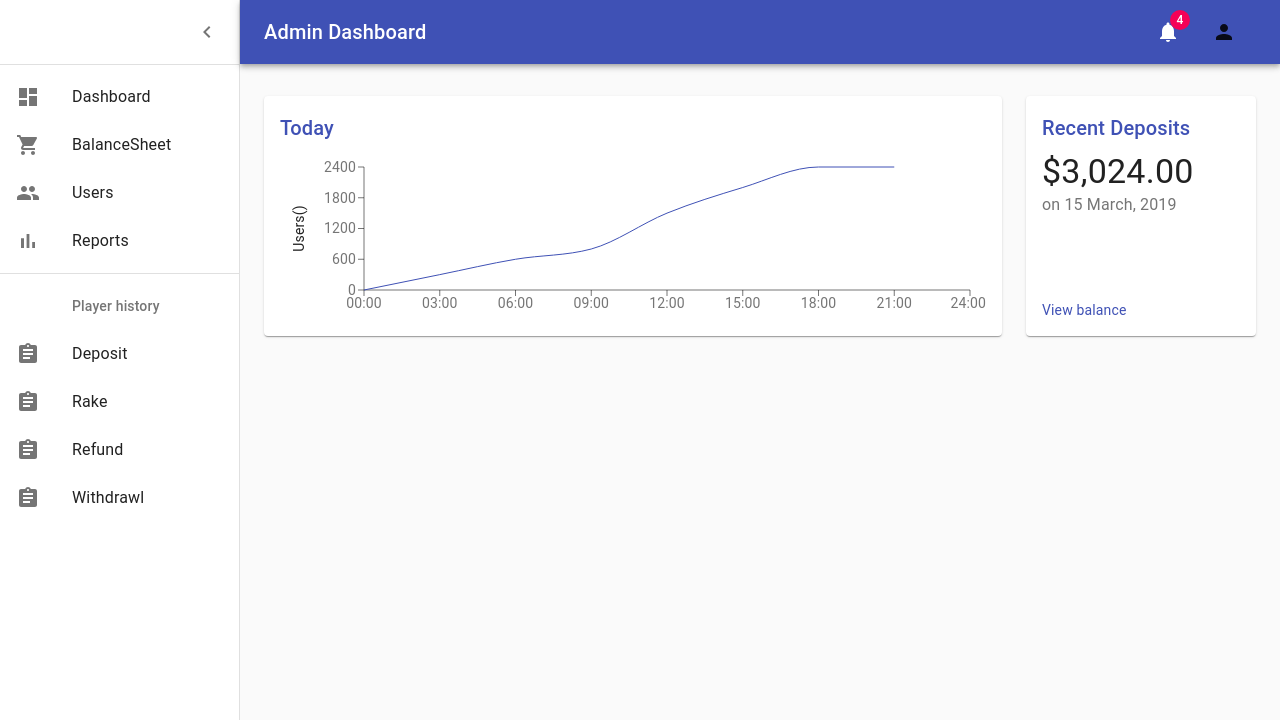
Repository: imayankbisht/ludofrontend
Page: /Dashboard
An editor plug-in stored every save of this project. The page is shown before and after the next save, followed by the edit.
The browser window is 1280 px wide. The pictures show the whole page.
The project was rebuilt for these pictures with package versions that can differ from the ones it lists, and the page was loaded fresh each time. Also part of the build but not shown: src/axios.js, src/components/login.js.

Above is the page before, as saved 2021-01-16 14:11:43.

After the next save:
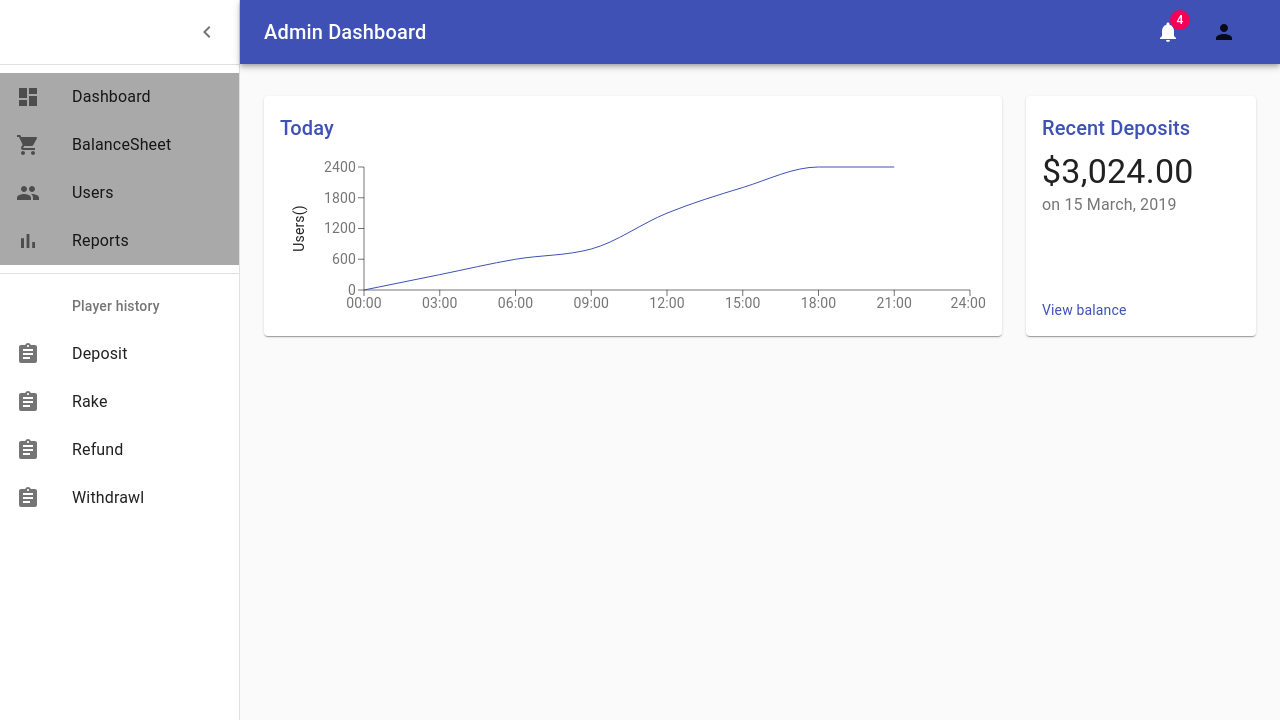
Saved 9 s later.
--- a/src/components/listItems.js
+++ b/src/components/listItems.js
@@ -13,7 +13,7 @@ import Box from '@material-ui/core/Box';
 
 export const mainListItems = (
   <div>
-   <Box bgcolor="dark">
+   <Box bgcolor="darkgrey">
    <ListItem button>
       <ListItemIcon>
         <DashboardIcon />
